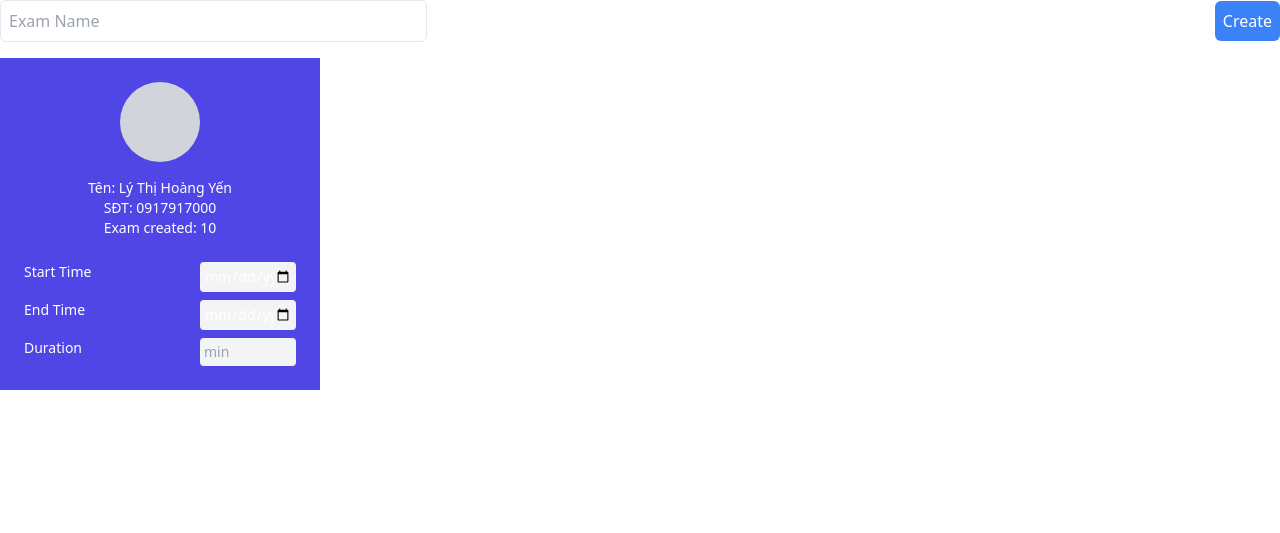
Repository: LyThiHoangYen/A_client
Page: / (app in online-exam-system-frontend/)
An editor plug-in stored every save of this project. The page is shown before and after a run of saves, followed by the edit.
The browser window is 1280 px wide. The pictures show the whole page.
The project was rebuilt for these pictures with package versions that can differ from the ones it lists, and the page was loaded fresh each time.

Above is the page before, as saved 2024-10-23 13:26:51.

After the next 5 saves:
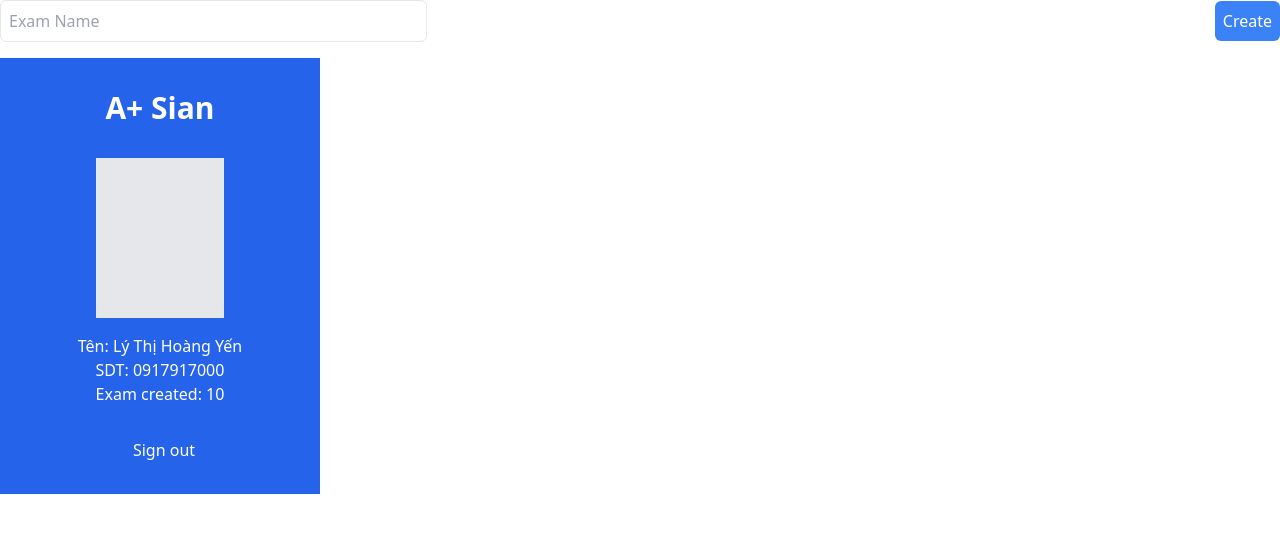
The 5 saves are shown as one change because 1 did not build or start and some came seconds apart.
The last was saved 56 s later.
--- a/online-exam-system-frontend/src/components/sideBar.js
+++ b/online-exam-system-frontend/src/components/sideBar.js
@@ -1,25 +1,17 @@
+import UserProfile from "./userProfile";
 function Sidebar () {
     return (
-      <div className="w-1/4 bg-indigo-600 text-white p-6 flex flex-col items-center">
-        <div className="w-20 h-20 bg-gray-300 rounded-full mb-4"></div>
-        <p className="text-sm">Tên: Lý Thị Hoàng Yến</p>
-        <p className="text-sm">SĐT: 0917917000</p>
-        <p className="text-sm mb-6">Exam created: 10</p>
-        <div className="w-full">
-          <div className="flex justify-between text-sm mb-2">
-            <p>Start Time</p>
-            <input className="bg-gray-100 p-1 rounded w-24" type="datetime-local" />
-          </div>
-          <div className="flex justify-between text-sm mb-2">
-            <p>End Time</p>
-            <input className="bg-gray-100 p-1 rounded w-24" type="datetime-local" />
-          </div>
-          <div className="flex justify-between text-sm">
-            <p>Duration</p>
-            <input className="bg-gray-100 p-1 rounded w-24" type="text" placeholder="min" />
-          </div>
-        </div>
-      </div>
+      <div className="bg-blue-600 text-white w-1/4 p-8 flex flex-col items-center">
+    <div className="text-3xl font-bold mb-8">A+ Sian</div>
+    <UserProfile
+      name="Lý Thị Hoàng Yến"
+      phone="0917917000"
+      examsCreated={10}
+    />
+    <button className="mt-auto flex items-center text-white">
+      <i className="fas fa-sign-out-alt mr-2"></i> Sign out
+    </button>
+  </div>
     );
   };
 
